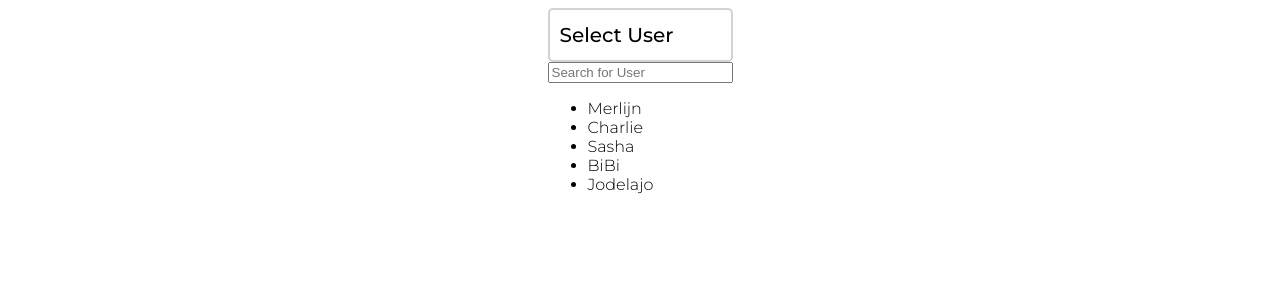
Repository: jodelajo/nuxt-filter-tutorial
Page: /
These files come from the project's save history. The page is drawn as it stood at one moment and after the next save; the edit follows.
The browser window is 1280 px wide. The pictures show the whole page.
The project was rebuilt for these pictures with package versions that can differ from the ones it lists, and the page was loaded fresh each time. The framework's server and built-in components were replaced by stand-ins that run in the browser. Also part of the build but not shown: nuxt.config.js, components/NuxtLogo.vue, components/Tutorial.vue.

Above is the page before, as saved 2021-12-11 12:24:50.

### pages/index.vue
<template>
  <div class="container">
    <section class="dropdown-wrapper">
      <div class="selected-item">
        <span>Select User</span>
      </div>
      <div class="dropdown-popover">
        <input
          v-model="searchQuery"
          type="text"
          placeholder="Search for User"
        />
        <div class="options">
          <ul>
            <li>Merlijn</li>
            <li>Charlie</li>
            <li>Sasha</li>
            <li>BiBi</li>
            <li>Jodelajo</li>
          </ul>
        </div>
      </div>
    </section>
  </div>
</template>

<script>
export default {};
</script>

<style scoped>
@import url("https://fonts.googleapis.com/css2?family=Montserrat:wght@100;200;300;500;700;900&family=Readex+Pro:wght@300;500;700&display=swap");

body {
  width: 100vw;
  height: 100vh;
}
.container {
  display: flex;
  flex-direction: column;
  /* justify-content: center; */
  align-items: center;
   font-family: "Montserrat", sans-serif;
   font-weight: 300;
   font-size: 16px;
}
.dropdown-wrapper {
  max-width: 350px;
  position: relative;
}
.selected-item {
  height: 40px;
  border: 2px solid lightgray;
  border-radius: 5px;
  padding: 5px 10px;
  display: flex;
  justify-content: space-between;
  align-items: center;
  font-size: 20px;
  font-weight: 500;
}
</style>

After the next save:
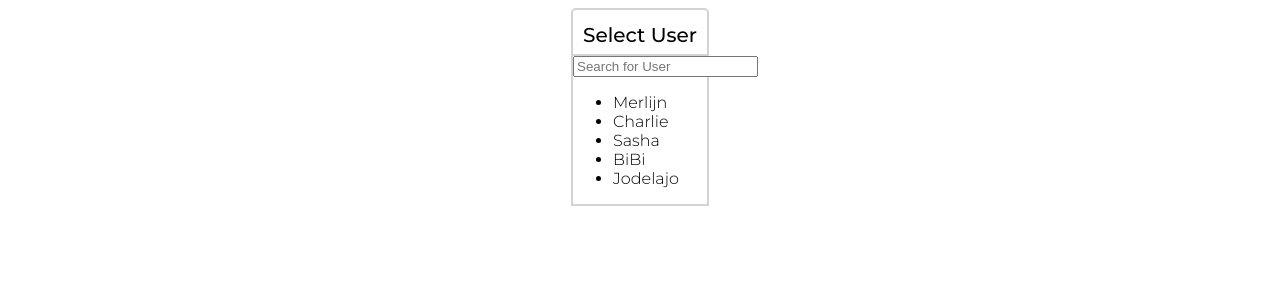
Saved 108 s later.
--- a/pages/index.vue
+++ b/pages/index.vue
@@ -59,4 +59,14 @@ body {
   font-size: 20px;
   font-weight: 500;
 }
+
+.dropdown-popover{
+  position: absolute;
+  border: 2px solid lightgray;
+  top: 46px;
+  left: 0;
+  right: 0;
+  background-color: white;
+
+}
 </style>
